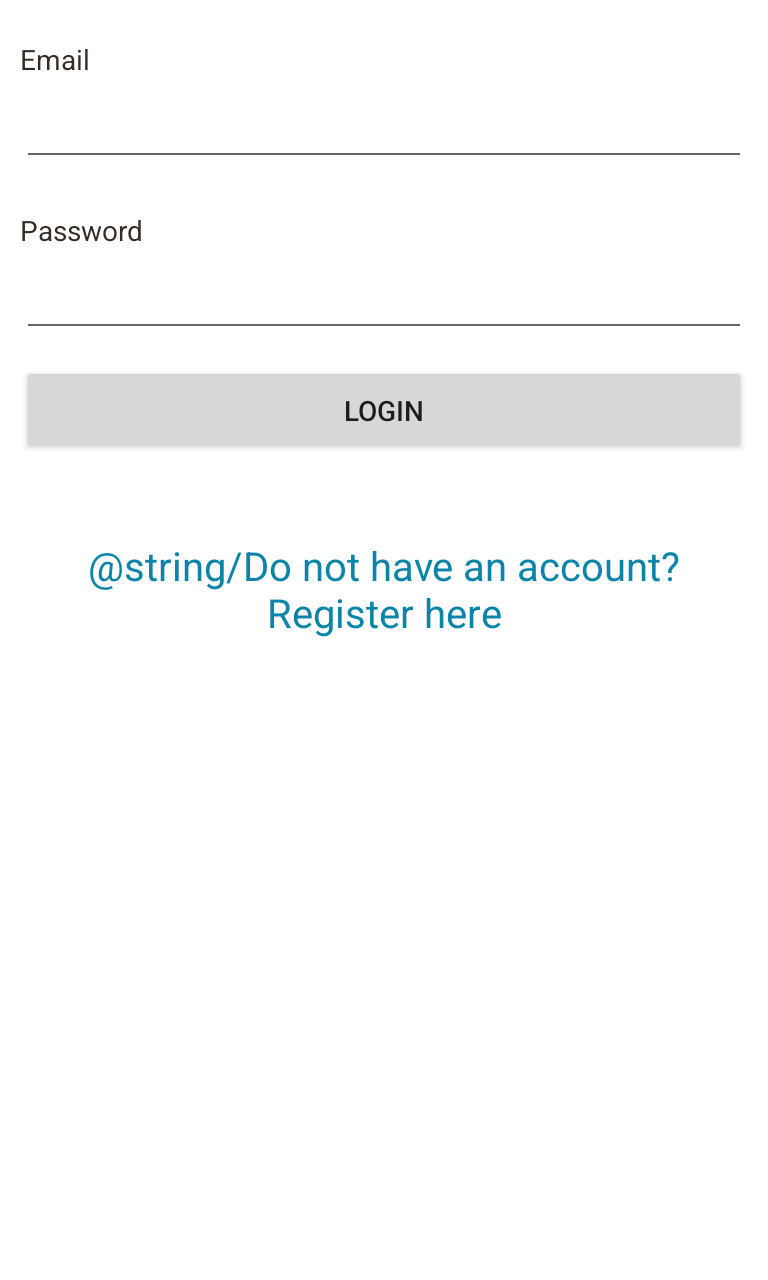
Repository: norseapp/norseapp.github.io
Layout: AndroidProjects/MyFirstAndroidProject/MyFirstAndroidProject/res/layout/login.xml
An editor plug-in stored every save of this project. The layout is shown before and after the next save, followed by the edit.
It is drawn on a 768 x 1280 px phone screen (xhdpi) without system bars, with theme AppTheme; the app's code is not run.

Above is the layout before, as saved 2014-11-20 21:48:58.

After the next save:
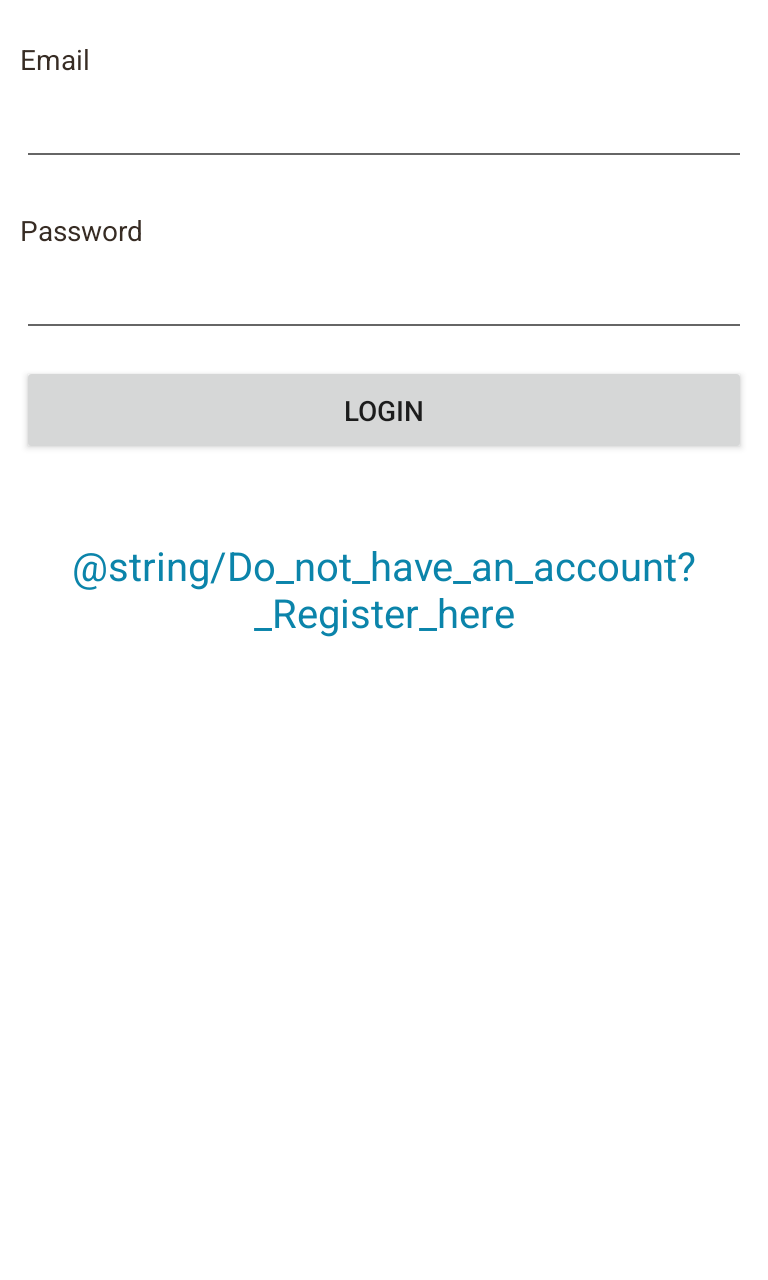
Saved 35 s later.
--- a/AndroidProjects/MyFirstAndroidProject/MyFirstAndroidProject/res/layout/login.xml
+++ b/AndroidProjects/MyFirstAndroidProject/MyFirstAndroidProject/res/layout/login.xml
@@ -76,7 +76,7 @@
                 android:layout_height="wrap_content"
                 android:layout_marginTop="40dip"
                 android:layout_marginBottom="40dip"
-                android:text="@string/Do not have an account? Register here"
+                android:text="@string/Do_not_have_an_account?_Register_here"
                 android:gravity="center"
                 android:textSize="20sp"
                 android:textColor="#0b84aa"/>
